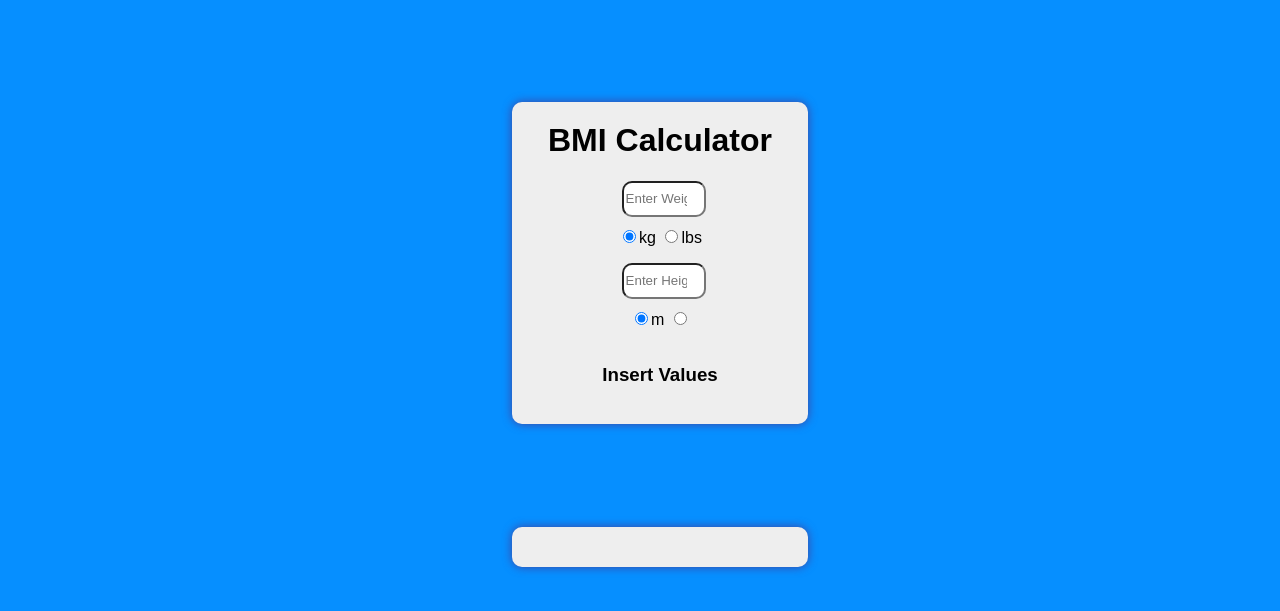
Repository: shayanabedi98/bmi-calculator
Page: index.html
These files come from the project's save history. The page is drawn as it stood at one moment and after the next save; the edit follows.
The browser window is 1280 px wide. The pictures show the whole page.

Above is the page before, as saved 2023-07-24 14:14:26.

### index.html
<!DOCTYPE html>
<html lang="en">
<head>
    <meta charset="UTF-8">
    <meta name="viewport" content="width=device-width, initial-scale=1.0">
    <title>BMI Calculator</title>
    <link rel="stylesheet" href="styles.css">
</head>
<body>
    <div class="card">
        <div class="bmi-calculator">
            <h1>BMI Calculator</h1>
            <div class="weight">
                <input type="number" placeholder="Enter Weight">
                <input type="radio" name="weight" checked><span>kg</span>
                <input type="radio" name="weight"><span>lbs</span>
            </div>
            <div class="height">
                <input type="number" placeholder="Enter Height">
                <input type="radio" name="height" checked><span>m</span>
                <input type="radio" name="height"><span></span>
            </div>
            <div class="result">
                <h3>Insert Values</h3>
            </div>
        </div>
    </div>
    <div class="card">
        <div class="bmi-chart">

        </div>
    </div>
</body>
</html>

### styles.css
body {
    background-color: #068FFF;
    font-family: sans-serif;
    text-align: center;
    padding: 0;
    margin: 0;
}

.card {
    background-color: #EEEEEE;
    padding: 20px;
    width: 20%;
    margin-left: 40%;
    border-radius: 10px;
    margin-top: 8%;
    box-shadow: 0 0 10px 0 #4141a0;
}

.weight {
    display: block;
}

input[type='number'] {
    display: block;
    text-align: center;
    width: 30%;
    margin-left: 35%;
    margin-bottom: 10px;
    height: 30px;
    border-radius: 10px;
}

input[type='radio'] {
    margin-bottom: 20px;
    font-size: 20px;
}

h1 {
    margin-top: 0;
}

After the next save:
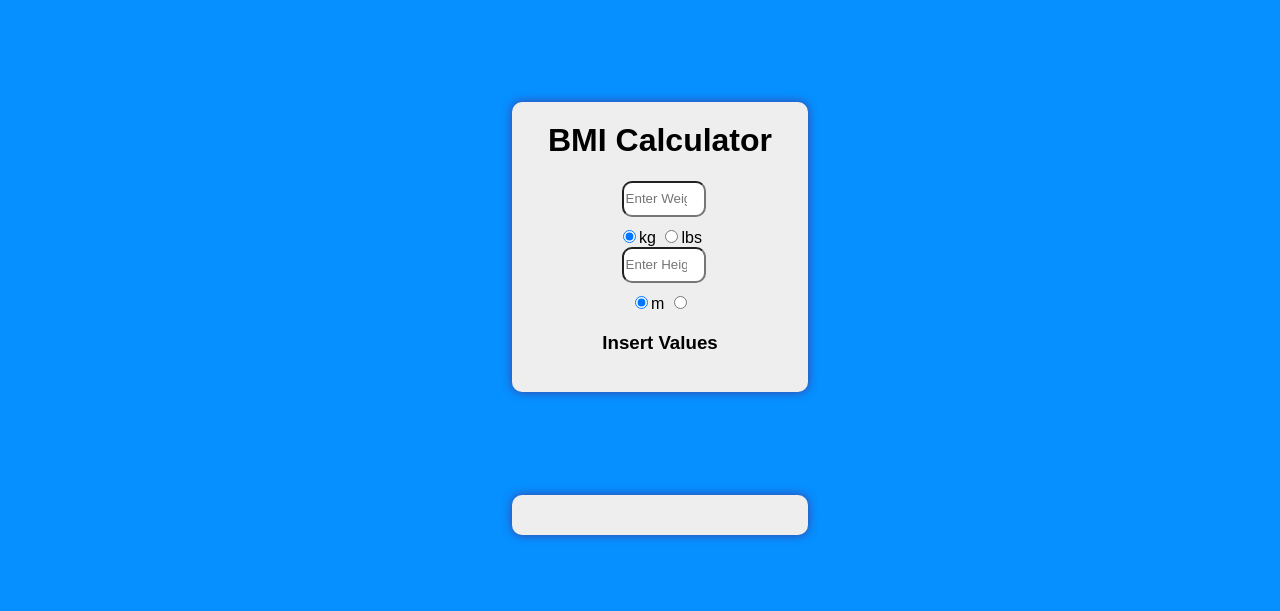
Saved 39 s later.
--- a/styles.css
+++ b/styles.css
@@ -30,9 +30,10 @@
     border-radius: 10px;
 }
 
-input[type='radio'] {
+input[type='radio']::before {
     margin-bottom: 20px;
-    font-size: 20px;
+    transition: 120ms transform ease-in-out;
+    box-shadow: inset 1em 1em var(--form-control-color);
 }
 
 h1 {

After the 2 saves that followed:
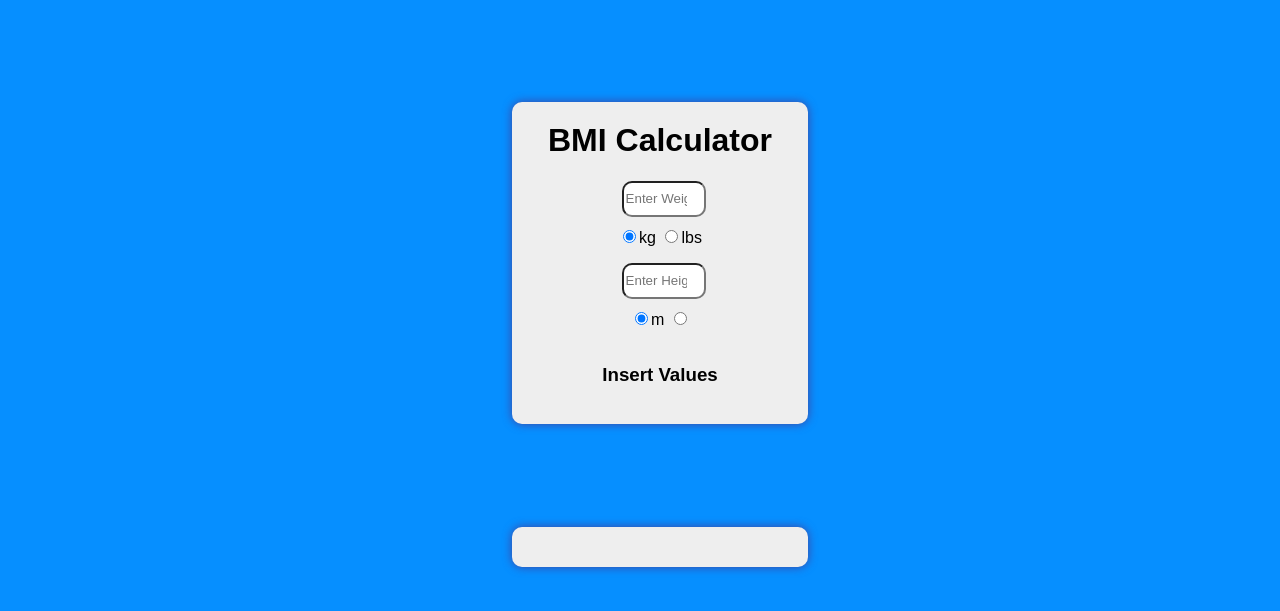
The 2 saves are shown as one change because 1 left the picture as it was.
The last was saved 18 s later.
--- a/styles.css
+++ b/styles.css
@@ -30,10 +30,8 @@
     border-radius: 10px;
 }
 
-input[type='radio']::before {
+input[type='radio'] {
     margin-bottom: 20px;
-    transition: 120ms transform ease-in-out;
-    box-shadow: inset 1em 1em var(--form-control-color);
 }
 
 h1 {
